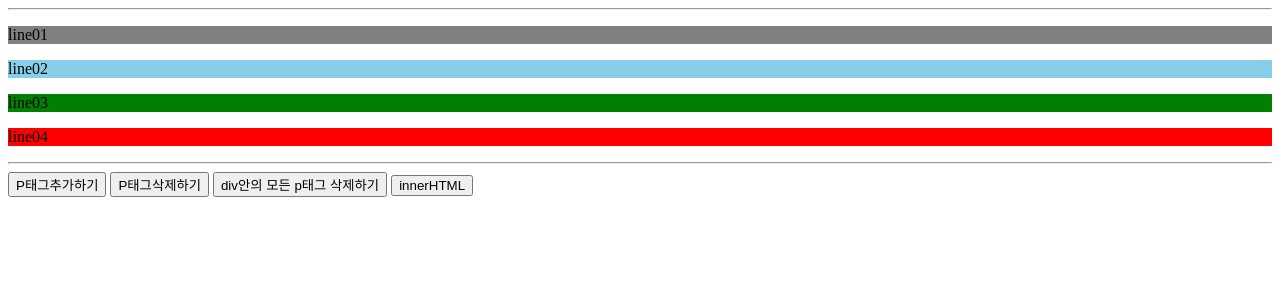
Repository: wishinghyun/multicampus
Page: webwork/clientweb/WebContent/js_dom/domExam.html
These files come from the project's save history. The page is drawn as it stood at one moment and after the next save; the edit follows.
The browser window is 1280 px wide. The pictures show the whole page.
After loading, the first visible `button[onclick="deleteP()"]` was clicked once.

Above is the page before, as saved 2020-01-10 05:12:37.

### webwork/clientweb/WebContent/js_dom/domExam.html
<!DOCTYPE html>
<html>
<head>
	<meta http-equiv="Content-Type" content="text/html; charset=EUC-KR">
	<title>Insert title here</title>
	<script type="text/javascript">
		function insertP() {
			pNode = document.createElement("p")
			pNode.setAttribute("style", "background: yellow")
			textNode = document.createTextNode("newP")
			pNode.appendChild(textNode)
			targetNode = document.getElementById("root")
			targetNode.appendChild(pNode)
		}
		function deleteP() {
			targetNode = document.getElementById("root")
			delNode = targetNode.lastChild
				if(delNode.nodeName=="P"){
				targetNode.removeChild(delNode)
				}
		}
		function deleteDivAndP() {
			targetNode = document.getElementById("root")
			childNode = targetNode.childNodes
			for(i=0;i<childNode.length;i++){
				if(childNode[i].nodeName=="P")
					targetNode.removeChild(childNode[i])
			}

		}
	</script>
</head>
<body>
	<div id="layer"></div>

	<hr>

	<div id="root">
		<p style="background: gray;">line01</p>
		<p style="background: skyblue">line02</p>
		<p style="background: green;">line03</p>
		<p style="background: red;">line04</p>
	</div>

	<hr>
	<button onclick="insertP()">P태그추가하기</button>
	<button onclick="deleteP()">P태그삭제하기</button>
	<button onclick="deleteDivAndP()">div안의 모든 p태그 삭제하기</button>
	<button onclick="innerHTML_test()">innerHTML</button>


</body>
</html>

After the next save:
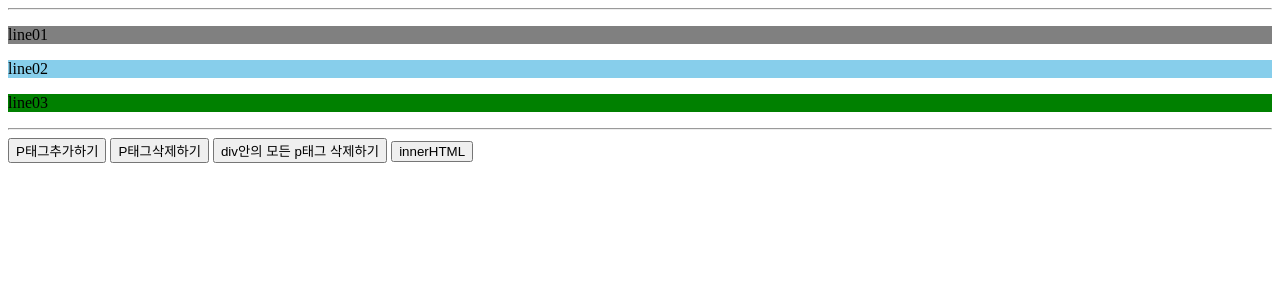
Saved 31 s later.
--- a/webwork/clientweb/WebContent/js_dom/domExam.html
+++ b/webwork/clientweb/WebContent/js_dom/domExam.html
@@ -14,7 +14,7 @@
 		}
 		function deleteP() {
 			targetNode = document.getElementById("root")
-			delNode = targetNode.lastChild
+			delNode = targetNode.lastElementChild
 				if(delNode.nodeName=="P"){
 				targetNode.removeChild(delNode)
 				}

After the 2 saves that followed:
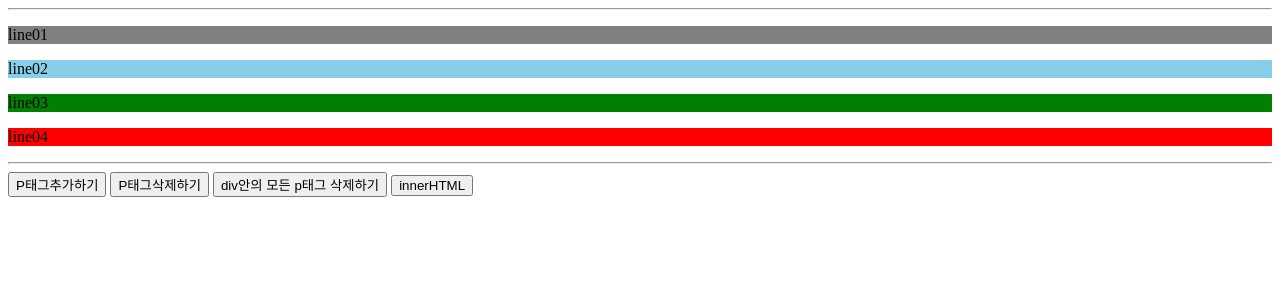
The 2 saves are shown as one change because 1 left the picture as it was.
The last was saved 3 min 24 s later.
--- a/webwork/clientweb/WebContent/js_dom/domExam.html
+++ b/webwork/clientweb/WebContent/js_dom/domExam.html
@@ -14,7 +14,7 @@
 		}
 		function deleteP() {
 			targetNode = document.getElementById("root")
-			delNode = targetNode.lastElementChild
+			delNode = targetNode.lastChild
 				if(delNode.nodeName=="P"){
 				targetNode.removeChild(delNode)
 				}
